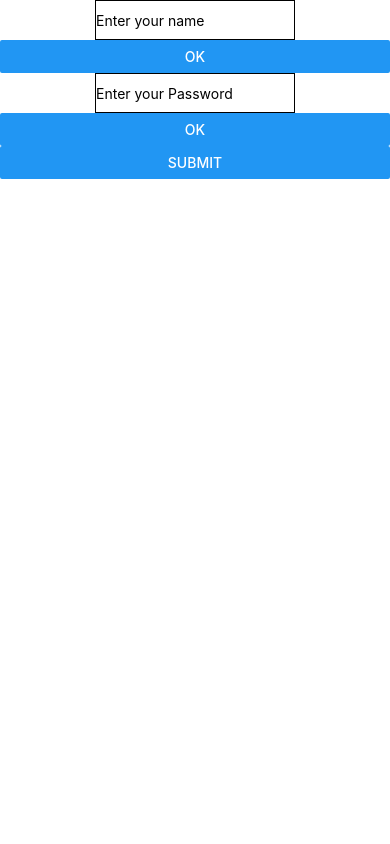
Repository: vsangavi/ReactNative-Form
Screen: /
An editor plug-in stored every save of this project. The screen is shown before and after the next save, followed by the edit.
The app was drawn by React Native's web renderer in a window 390 px wide. The project was rebuilt for these pictures with package versions that can differ from the ones it lists, and the page was loaded fresh each time.

Above is the screen before, as saved 2020-10-02 08:19:02.

After the next save:
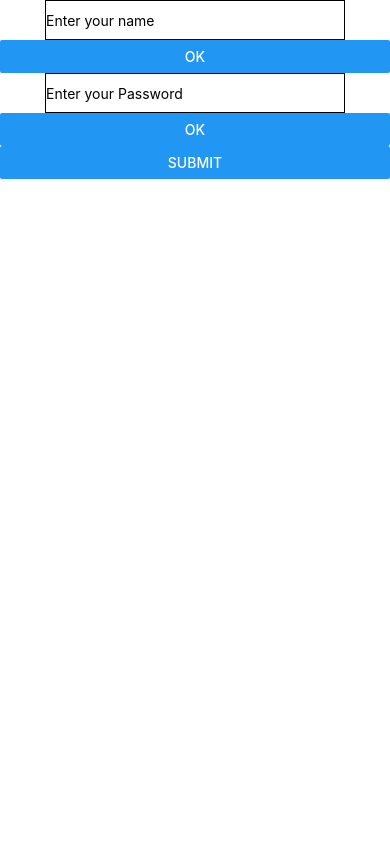
Saved 6 s later.
--- a/Input.js
+++ b/Input.js
@@ -50,7 +50,7 @@ const styles = StyleSheet.create({
     justifyContent: 'center',
 
     alignSelf: 'center',
-    width: 200,
+    width: 300,
     borderWidth: 1,
   },
 });
